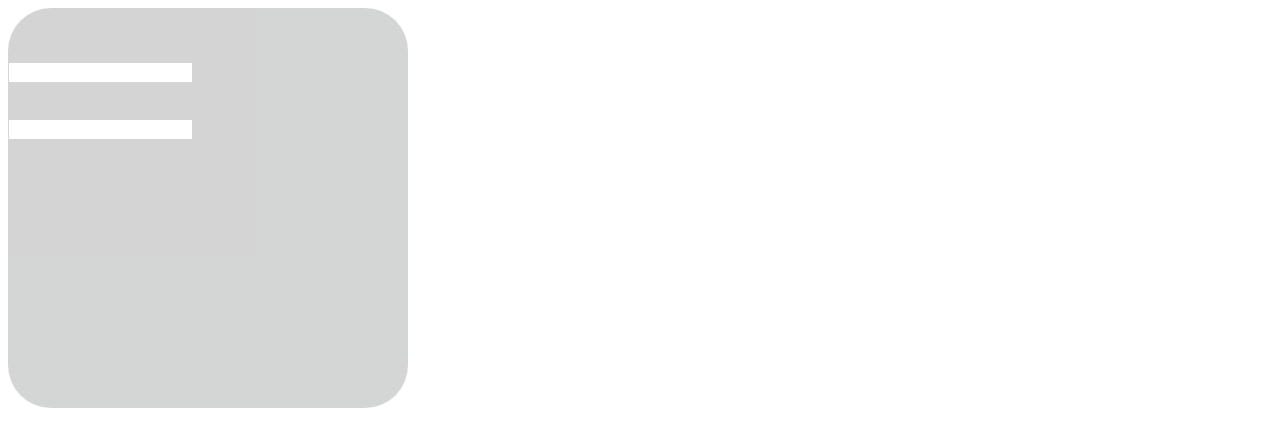
Repository: rkrukshan/Glass_Login_CSS
Page: loginform.html
These files come from the project's save history. The page is drawn as it stood at one moment and after a run of saves; the edit follows.
The browser window is 1280 px wide. The pictures show the whole page.

Above is the page before, as saved 2023-10-02 22:43:15.

After the next 2 saves:
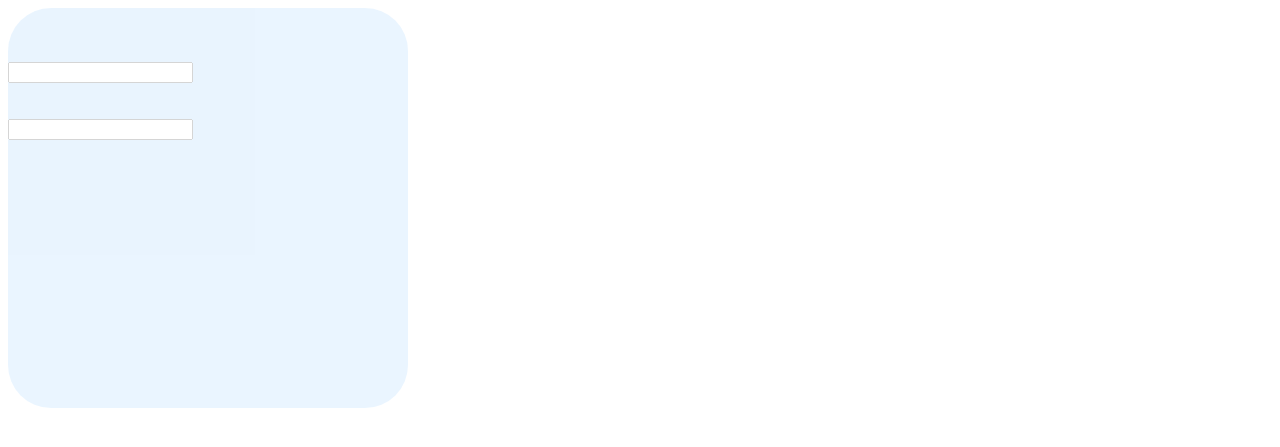
The 2 saves are shown as one change because they came seconds apart.
The last was saved 10 s later.
--- a/loginform.html
+++ b/loginform.html
@@ -5,7 +5,7 @@
     <style>
         form
         {
-            background-color: rgb(114, 116, 117);
+            background-color: rgb(184, 221, 254);
             width: 25rem;
             height: 25rem;
             opacity: .3;
